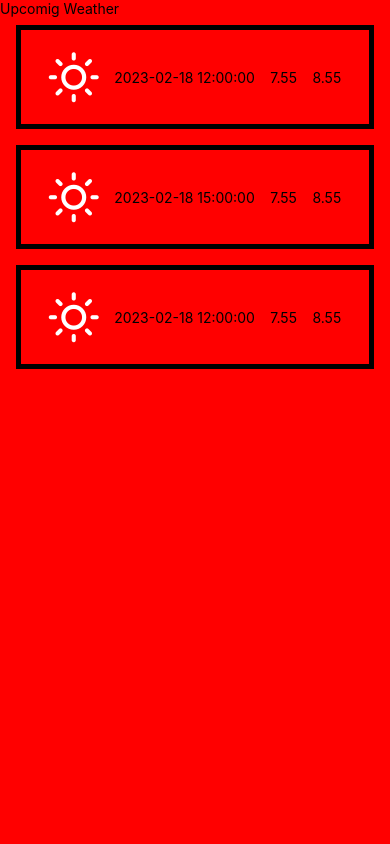
Repository: akinmiday/fcc
Screen: / (app in WeatherApp/)
These files come from the project's save history. The screen is drawn as it stood at one moment and after the next save; the edit follows.
The app was drawn by React Native's web renderer in a window 390 px wide. The project was rebuilt for these pictures with package versions that can differ from the ones it lists, and the page was loaded fresh each time. Also part of the build but not shown: WeatherApp/src/components/CurrentWeather.js.

Above is the screen before, as saved 2023-07-19 08:07:56.

### WeatherApp/App.js
import React from "react"
import { View, StyleSheet } from "react-native"
import CurrentWeather from "./src/components/CurrentWeather"
import UpcomingWeather from "./src/components/UpcomingWeather"

const App = () => {
  return (
    <View style={styles.container}>
      <UpcomingWeather />
    </View>
  )
}

const styles = StyleSheet.create({
  container: {
    flex: 1
  }
})

export default App

### WeatherApp/src/components/UpcomingWeather.js
import React from "react"
import {
  SafeAreaView,
  StyleSheet,
  Text,
  FlatList,
  View,
  StatusBar
} from "react-native"
import { Feather } from "@expo/vector-icons"

const DATA = [
  {
    dt_txt: "2023-02-18 12:00:00",
    main: {
      temp_max: 8.55,
      temp_min: 7.55
    },
    weather: [
      {
        main: "Clear"
      }
    ]
  },

  {
    dt_txt: "2023-02-18 15:00:00",
    main: {
      temp_max: 8.55,
      temp_min: 7.55
    },
    weather: [
      {
        main: "Clouds"
      }
    ]
  },
  {
    dt_txt: "2023-02-18 12:00:00",
    main: {
      temp_max: 8.55,
      temp_min: 7.55
    },
    weather: [
      {
        main: "Rain"
      }
    ]
  }
]

const Item = (props) => {
  const { dt_txt, min, max, condition } = props
  return (
    <View style={styles.item}>
      <Feather name="sun" size={50} color="white" />
      <Text>{dt_txt}</Text>
      <Text>{min}</Text>
      <Text>{max}</Text>
    </View>
  )
}

const UpcomingWeather = () => {
  const renderItem = ({ item }) => (
    <Item
      condition={item.weather[0].main}
      dt_txt={item.dt_txt}
      min={item.main.temp_min}
      max={item.main.temp_max}
    />
  )
  return (
    <SafeAreaView style={styles.container}>
      <Text>Upcomig Weather</Text>
      <FlatList
        data={DATA}
        renderItem={renderItem}
        keyExtractor={(item) => item.dt_txt}
      />
    </SafeAreaView>
  )
}

const styles = StyleSheet.create({
  container: {
    flex: 1,
    marginTop: StatusBar.currentHeight || 0,
    backgroundColor: "red"
  },
  item: {
    padding: 20,
    marginVertical: 8,
    marginHorizontal: 16,
    flexDirection: "row",
    justifyContent: "space-around",
    alignItems: "center",
    borderWidth: 5
  }
})

export default UpcomingWeather

After the next save:
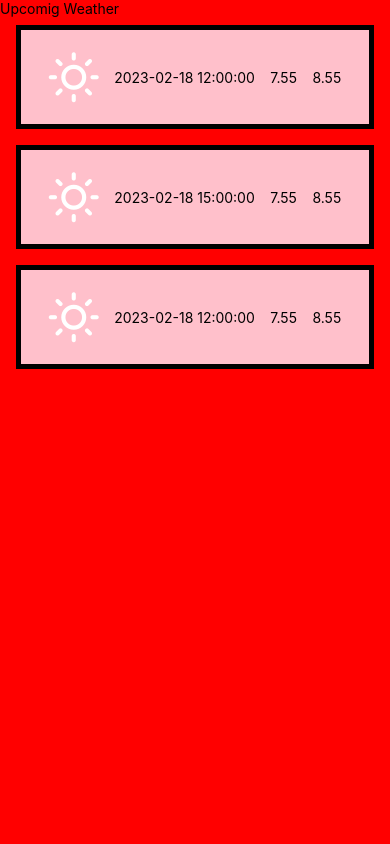
Saved 20 s later.
--- a/WeatherApp/src/components/UpcomingWeather.js
+++ b/WeatherApp/src/components/UpcomingWeather.js
@@ -95,7 +95,8 @@ const styles = StyleSheet.create({
     flexDirection: "row",
     justifyContent: "space-around",
     alignItems: "center",
-    borderWidth: 5
+    borderWidth: 5,
+    backgroundColor: "pink"
   }
 })
 
